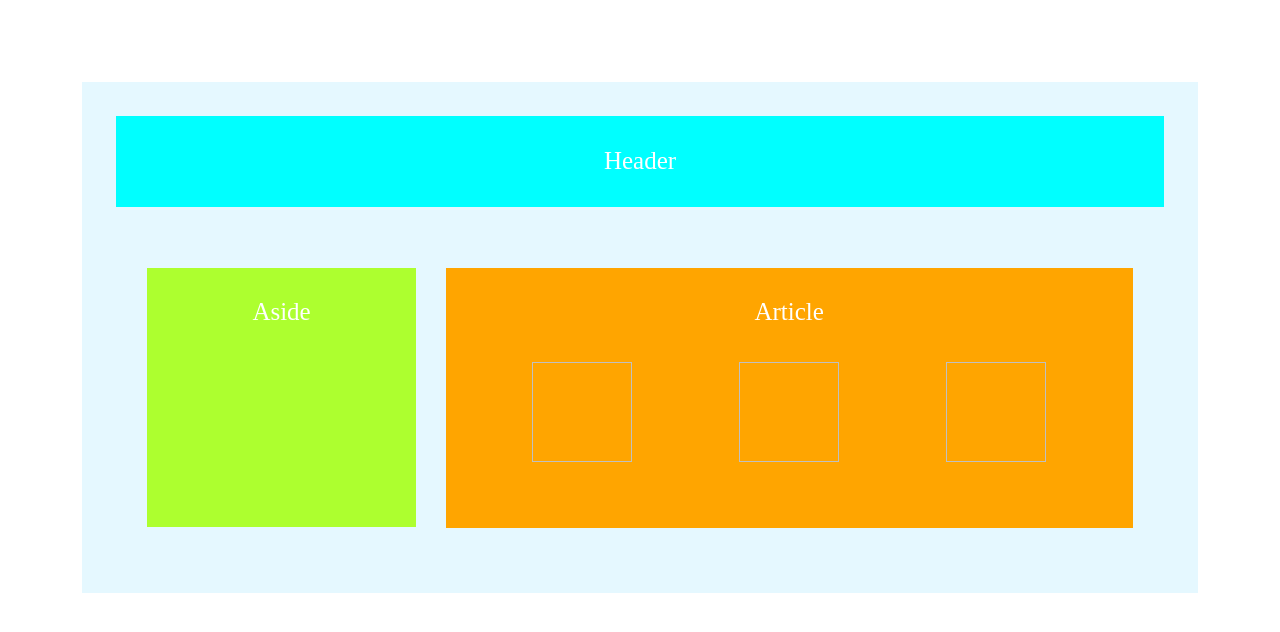
Repository: punitbathija/Placement-Assitance-iNeuron
Page: layout.html
These files come from the project's save history. The page is drawn as it stood at one moment and after a run of saves; the edit follows.
The browser window is 1280 px wide. The pictures show the whole page.

Above is the page before, as saved 2023-05-23 12:53:46.

After the next 2 saves:
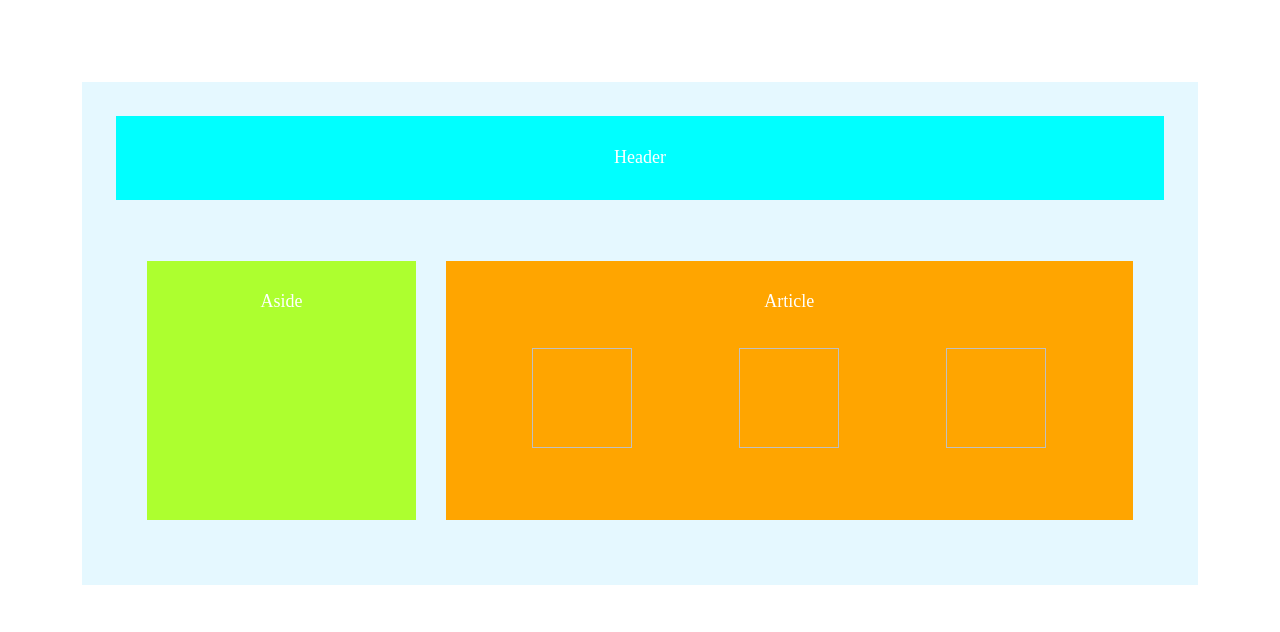
The 2 saves are shown as one change because they came seconds apart.
The last was saved 7 s later.
--- a/layout.css
+++ b/layout.css
@@ -3,7 +3,7 @@
     gap: 30px;
     text-align: center;
     color: white;
-    font-size: 25px;
+    font-size: 18px;
 }
 
 .main{
